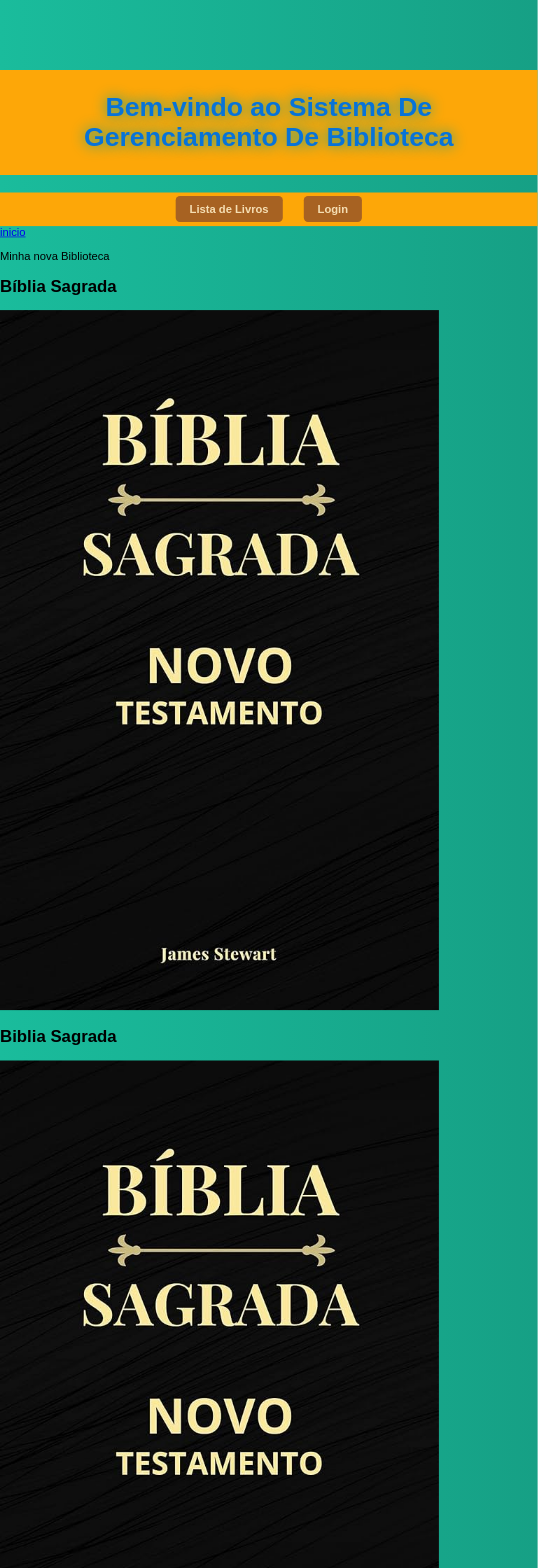
Repository: cleytonds/Biblioteca
Page: templates/Biblioteca_usuario.HTML
The author's editor kept a copy of each file at every save. The page is drawn from the files as they stood at one save, then again after the next save.
The browser window is 768 px wide. The pictures show the part of the page from y = 0 to 2240 px (the page is 3641 px tall before and 1171 px after), at 70% of full size.

Above is the page before, as saved 2025-11-11 18:58:48.

### templates/Biblioteca_usuario.HTML
<!DOCTYPE html>
<html lang="en">
<head>
    <meta charset="UTF-8">
    <meta name="viewport" content="width=device-width, initial-scale=1.0">
    <title>Biblioteca</title>
    <link rel="stylesheet" href="../Static/indexStyle.css">
    <link rel="stylesheet" href="/Biblioteca/app.py">



</head>
<body>
    <!--inicio da pagina-->
    <h1>Bem-vindo ao Sistema De Gerenciamento De Biblioteca</h1>

    <al class="menu">
        <li><a href="lista_livros.HTML">Lista de Livros</a></li>
        <li><a href="login.HTML">Login</a></li>
    </al>
   <header>
        <nav>
            <a href="Biblioteca_usuario.HTML"> inicio</a>
        </nav>
   </header>
   <nav>
    <p> Minha nova Biblioteca</p>
   </nav>

   <main>
        <section>
         <article>
            <h2>Bíblia Sagrada</h2>
            <img src="nono.jpg" alt="Biblia sagrada">
         </article>

         <aside>
            <h2>Biblia Sagrada</h2>
            <img src="nono.jpg" alt="Biblia Sagrada">
         </aside>

         <article>
            <h2>O Novo Testamento</h2>
            <img src="nono.jpg" alt="Novo testamento">
         </article>
        </section>
   </main>
   <footer>
    <p>criador da pagina </p>
   </footer>


</body>
</html>

### Static/indexStyle.css
/*cor do nome principal da pagina*/
@keyframes brilho{
    0%{ text-shadow: 0 0 10px #1abc9c;}
    50%{ text-shadow: 0 0 20px #16a085;}
    100%{ text-shadow: 0 0 10px #1abc9c;}
}

@import url('https://fonts.googleapis.com/css2?family=Poppins:wght@600&family=Montserrat:wght@500&display=swap');
/*estilo da fonte*/
.titulo{
    font-family: 'montserrat',sans-serif;
}
h1{
    font-family:'Poppins',sans-serif;
    font-size: 38px;
    color: #0773d8;
    text-align: center;
    margin-top: 100px;
    animation: brilho 2s infinite alternate;

}

body{
    background: linear-gradient(to right, #1abc9c, #16a085)/*cor fundo da pagina*/
}
h1{
    padding: 2rem;
    background-color: rgb(253, 167, 8);
    text-align: center;
}

button{
    display: flex;
    height: 100%;
    background-color: #eff1ef;
    color: #0000ee;
    text-align: center;
    margin-block-end: 12px;

}
body {
    margin: 0;
    font-family: Arial, sans-serif;
    background-color: #f4f4f4;

}
/*opções de menu*/
.menu{
    list-style: none; /*tira os marcadores*/
    padding: 0;
    margin: 0;
    display: flex;          /* coloca os itens lado a lado */
    justify-content: center; /* centraliza no meio da tela */
    gap: 30px;                  /* espaço entre os botões */
    background-color:  rgb(253, 167, 8);  /* cor da barra de menu */
    padding: 15px 0;

}
/*estilo dos linrs (botões)*/
.menu li a {
    text-decoration: none;
    color: wheat;
    font-weight: bold;
    padding: 10px 20px;
    border-radius: 6px;
    background-color: #a76222;
    transition: backgronud 0.3s, transform 0.2s;

}
/*Efeito houver (ao passar o mouse)*/
.menu li a:hover{
    background-color: #1abc9c;
    transform: scale(1.05);
}
body {
    background-color: #f5f5f5;
    font-family: Arial, Helvetica, sans-serif;

}
/* Centralizar as imagens lado a lado*/
.main {
    display: flex;
    justify-content: center;
    gap: 20px;
    margin-top: 40px;
}
/*ajusta o tamanho das imagens*/

@media (max-width: 768px){
    .
}

After the next save:
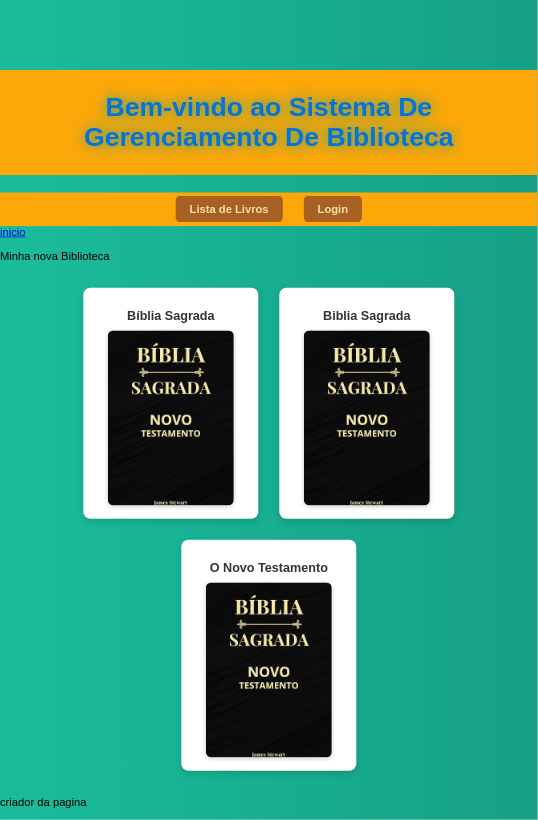
Saved 8 min 34 s later.
--- a/Static/indexStyle.css
+++ b/Static/indexStyle.css
@@ -77,15 +77,52 @@ body {
     font-family: Arial, Helvetica, sans-serif;
 
 }
-/* Centralizar as imagens lado a lado*/
-.main {
-    display: flex;
-    justify-content: center;
-    gap: 20px;
-    margin-top: 40px;
+/* Estilo geral */
+body {
+    background-color: #f5f5f5;
+    font-family: Arial, sans-serif;
+    margin: 0;
+    padding: 0;
 }
-/*ajusta o tamanho das imagens*/
 
-@media (max-width: 768px){
-    .
+/* A section é o container das imagens */
+section {
+    display: flex;                /* Coloca lado a lado */
+    justify-content: center;      /* Centraliza horizontalmente */
+    align-items: flex-start;      /* Alinha pelo topo */
+    gap: 30px;                    /* Espaço entre os elementos */
+    flex-wrap: wrap;              /* Quebra linha se a tela for pequena */
+    padding: 20px;
 }
+
+/* Cada article e aside se comportam como caixinhas */
+article, aside {
+    background-color: white;
+    border-radius: 10px;
+    box-shadow: 0 4px 10px rgba(0,0,0,0.15);
+    text-align: center;
+    padding: 15px;
+    width: 220px;                 /* Largura fixa de cada bloco */
+    transition: transform 0.3s ease;
+}
+
+/* Efeito de destaque ao passar o mouse */
+article:hover, aside:hover {
+    transform: scale(1.05);
+}
+
+/* Título de cada livro */
+h2 {
+    font-size: 18px;
+    color: #333;
+    margin-bottom: 10px;
+}
+
+/* Estilo da imagem */
+img {
+    width: 180px;                 /* Diminui o tamanho da imagem */
+    height: 250px;                /* Altura proporcional */
+    object-fit: cover;            /* Corta imagem mantendo o formato */
+    border-radius: 8px;
+    box-shadow: 0 2px 6px rgba(0,0,0,0.2);
+}
